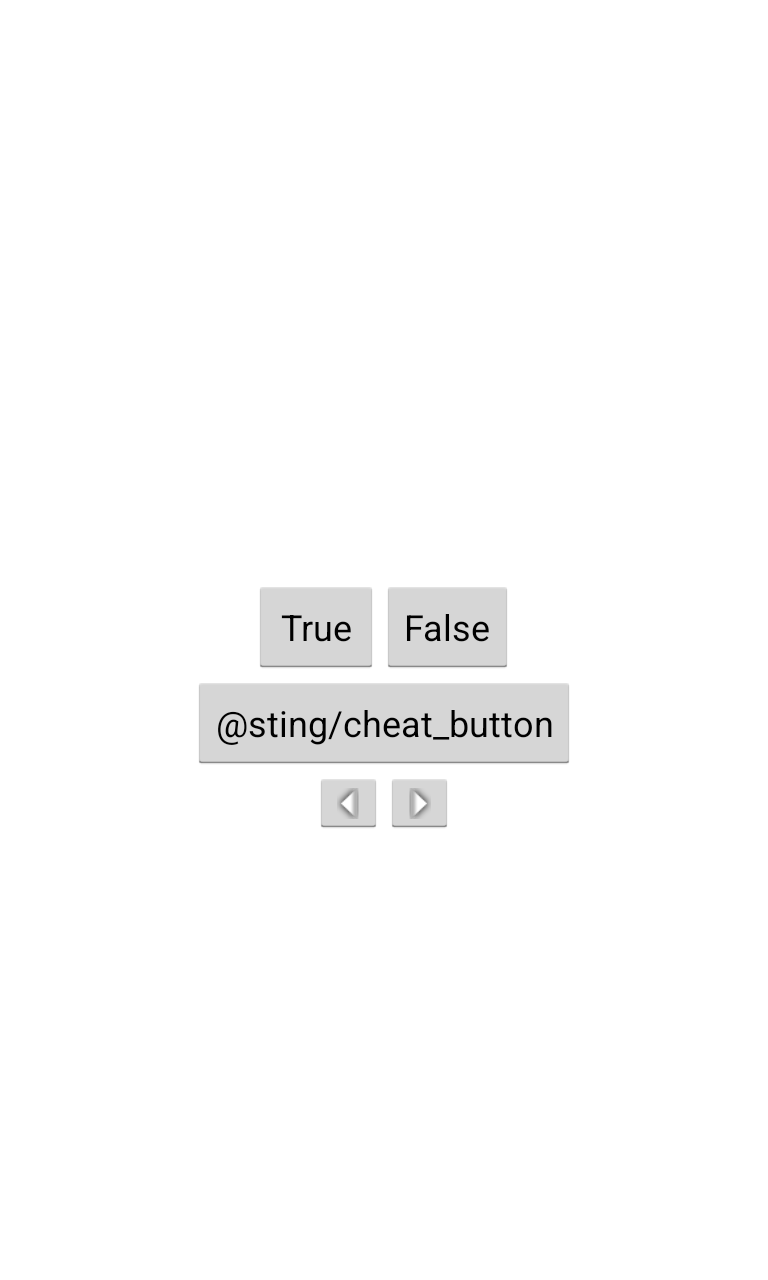
Repository: joblinan/Android-Programming-1st-Edition
Layout: GeoQuiz/res/layout/activity_quiz.xml
The author's editor kept a copy of each file at every save. The layout is drawn from the files as they stood at one save, then again after the next save.
It is drawn on a 768 x 1280 px phone screen (xhdpi) without system bars, with theme AppTheme; the app's code is not run.

Above is the layout before, as saved 2016-08-16 02:50:00.

After the next save:
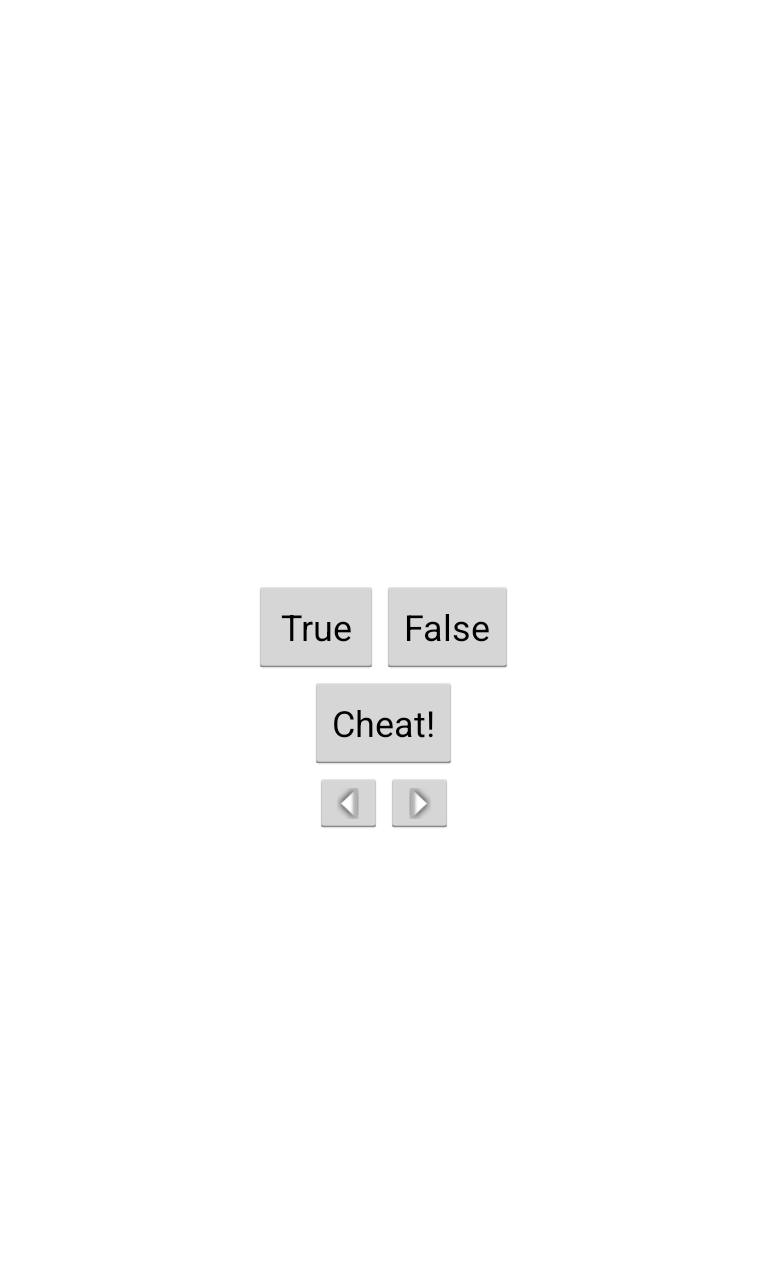
Saved 6 s later.
--- a/GeoQuiz/res/layout/activity_quiz.xml
+++ b/GeoQuiz/res/layout/activity_quiz.xml
@@ -34,7 +34,7 @@
         android:id="@+id/cheat_button"
         android:layout_width="wrap_content"
         android:layout_height="wrap_content"
-        android:text="@sting/cheat_button" />
+        android:text="@string/cheat_button" />
 
     <LinearLayout
         android:layout_width="wrap_content"
